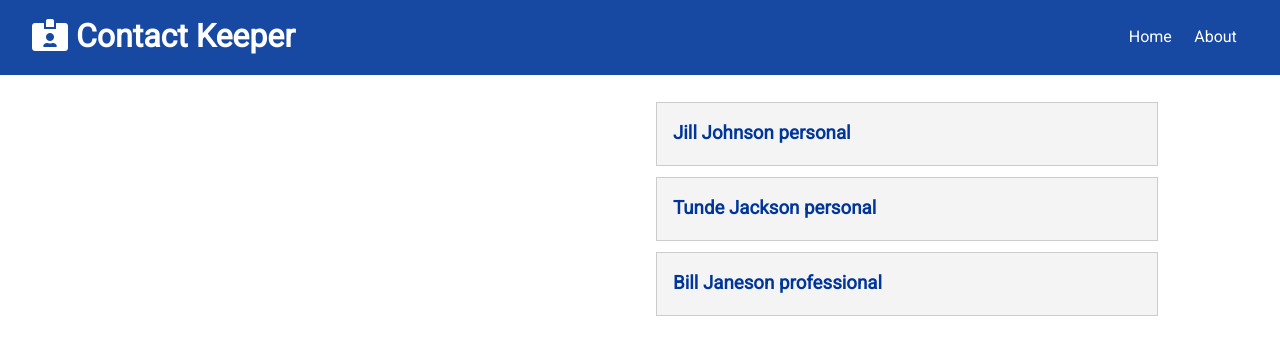
Repository: Art101-ui/Contact-keeper
Page: / (app in client/)
An editor plug-in stored every save of this project. The page is shown before and after the next save, followed by the edit.
The browser window is 1280 px wide. The pictures show the whole page.
Some web libraries are served in a nearby version. The project was rebuilt for these pictures with package versions that can differ from the ones it lists, and the page was loaded fresh each time. A package was used in the major version that the imports need, not the one package.json lists. Also part of the build but not shown: client/src/components/pages/About.js.

Above is the page before, as saved 2021-09-19 23:51:27.

After the next save:
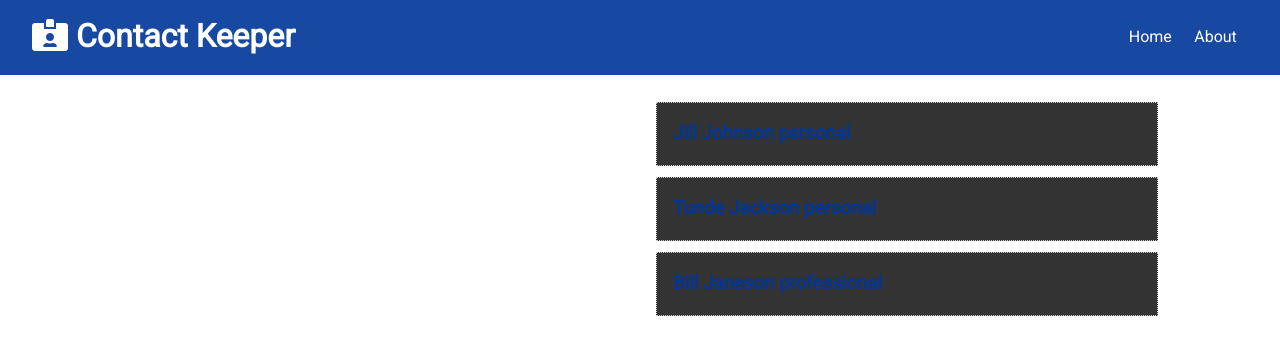
Saved 63 s later.
--- a/client/src/components/contacts/ContactsItem.js
+++ b/client/src/components/contacts/ContactsItem.js
@@ -4,7 +4,7 @@
 
     const {id,name,email,phone,type} = contact
     return (
-       <div className="card bg-light">
+       <div className="card bg-dark">
            <h3 className="text-primary text-left">
            {name}{' '}
            <span

After the save that followed:
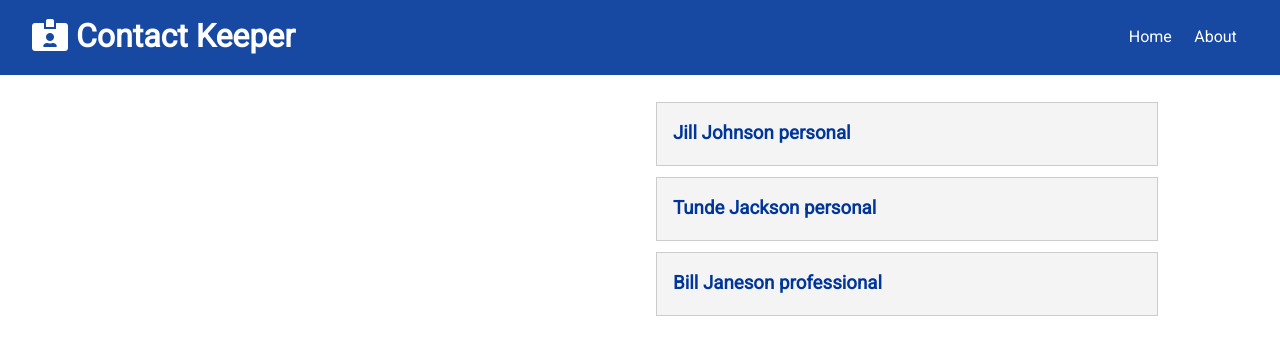
Saved 11 s later.
--- a/client/src/components/contacts/ContactsItem.js
+++ b/client/src/components/contacts/ContactsItem.js
@@ -4,7 +4,7 @@
 
     const {id,name,email,phone,type} = contact
     return (
-       <div className="card bg-dark">
+       <div className="card bg-light">
            <h3 className="text-primary text-left">
            {name}{' '}
            <span
